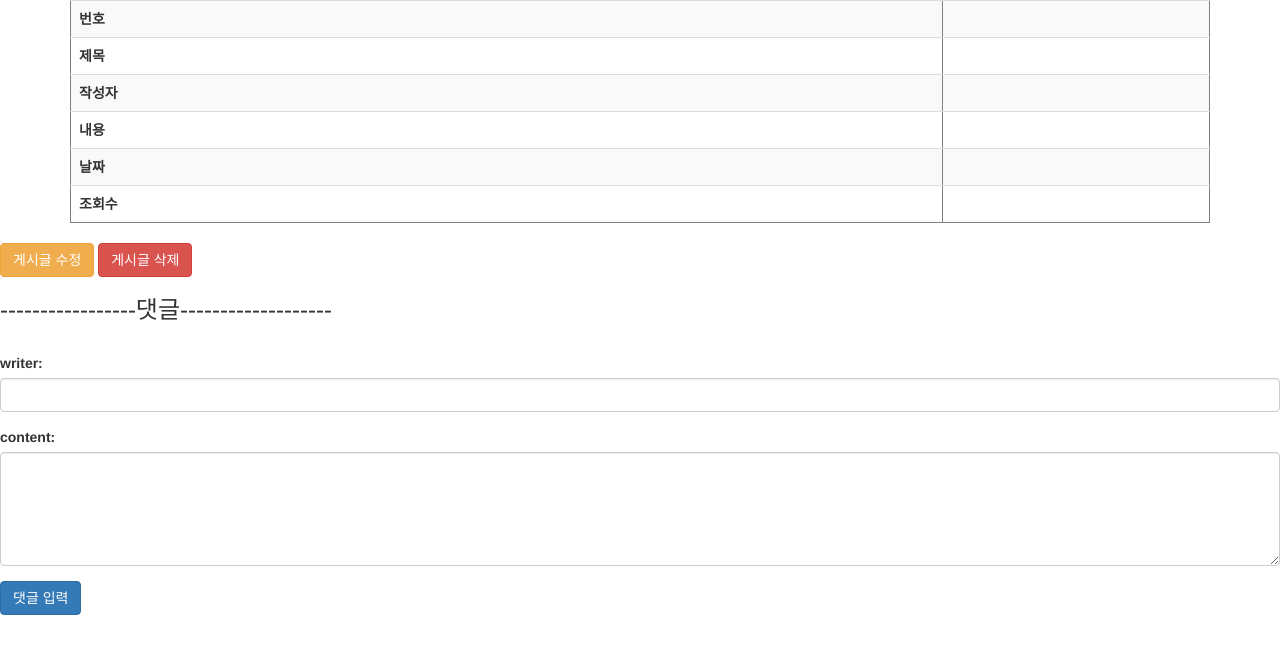
Repository: changyunLee/practice_01
Page: http://localhost/board0513/WEB-INF/views/detail.jsp
The author's editor kept a copy of each file at every save. The page is drawn from the files as they stood at one save, then again after the next save.
The browser window is 1280 px wide. The pictures show the whole page.
The page is served by Tomcat 9. Nobody is signed in. Other server files are loaded and not shown. The template is opened directly, without the code that normally fills it, so the values that code supplies are empty.

Above is the page before, as saved 2021-10-05 03:28:17.

### SpringMVC_WORK/board0513/src/main/webapp/WEB-INF/views/detail.jsp
<%@ page language="java" contentType="text/html; charset=UTF-8"
	pageEncoding="UTF-8"%>
<%@ taglib prefix="c" uri="http://java.sun.com/jsp/jstl/core"%>


<!DOCTYPE html>
<html>
<head>
<!-- Latest compiled and minified CSS -->
<link rel="stylesheet"
	href="https://maxcdn.bootstrapcdn.com/bootstrap/3.4.1/css/bootstrap.min.css">

<!-- jQuery library -->
<script
	src="https://ajax.googleapis.com/ajax/libs/jquery/3.5.1/jquery.min.js"></script>

<!-- Latest compiled JavaScript -->
<script
	src="https://maxcdn.bootstrapcdn.com/bootstrap/3.4.1/js/bootstrap.min.js"></script>

<meta charset="UTF-8">

<title>Insert title here</title>
<script type="text/javascript"
	src="https://code.jquery.com/jquery-3.6.0.min.js"></script>
<script type="text/javascript">
	function reply() {
		$.ajax({
			url : "/reply.do",
			type : "POST",
			data : $("#writerply").serialize(),
			dataType : "JSON",
			success : function(result) {
				console.log(result);
				alert("작성 완료?");
				location.href = "/home.do";
			}
		})
	}
</script>
</head>
<body>
<div class="container">

	<table border="1" width="70%" class="table table-striped">

		<tr>
			<th>번호</th>
			<td>${board.bnum}</td>
		</tr>
		<tr>
			<th>제목</th>
			<td>${board.title}</td>
		</tr>
		<tr>
			<th>작성자</th>
			<td>${board.writer}</td>
		</tr>
		<tr>
			<th>내용</th>
			<td>${board.bcontent}</td>
		</tr>
		<tr>
			<th>날짜</th>
			<td>${board.bdate}</td>
		</tr>
		<tr>
			<th>조회수</th>
			<td>${board.bcnt}</td>
		</tr>

	</table>
	</div>

	<button type="button" class="btn btn-warning"
		onclick="location.href='update.do?bnum=${board.bnum}'">게시글 수정</button>
	<button type="button"  class="btn btn-danger"
		onclick="location.href='delete.do?bnum=${board.bnum}'">게시글 삭제</button>

	<!-- 댓글  -->

	<table border="1" width="50%">
		<form id="writerply">

			<h3>-----------------댓글-------------------</h3>
			<input type="hidden" name="bnum" value=" ${board.bnum }" /><br />

			<div class="form-group">
				<label for="writer">writer:</label> <input type="text"
					class="form-control" id="writer" name="writer"
					value="${member.userid }">
			</div>
			<div class="form-group">
				<label for="content">content:</label>
				<textarea class="form-control" rows="5" id="content" name="content"></textarea>
			</div>
		</form>
	</table>
	<button type="button" class="btn btn-primary" onclick="reply()">댓글 입력</button>

	<div id="reply">
		<ol class="replyList">
			<c:forEach items="${replyList }" var="reply">
				<li>
					<p>
						작성자 : ${reply.writer } <br /> 작성 날짜 : ${reply.regdate }<br />
					</p>
					<p>-->${reply.content}</p>

				</li>
			</c:forEach>
		</ol>
	</div>


</body>
</html>

After the next save:
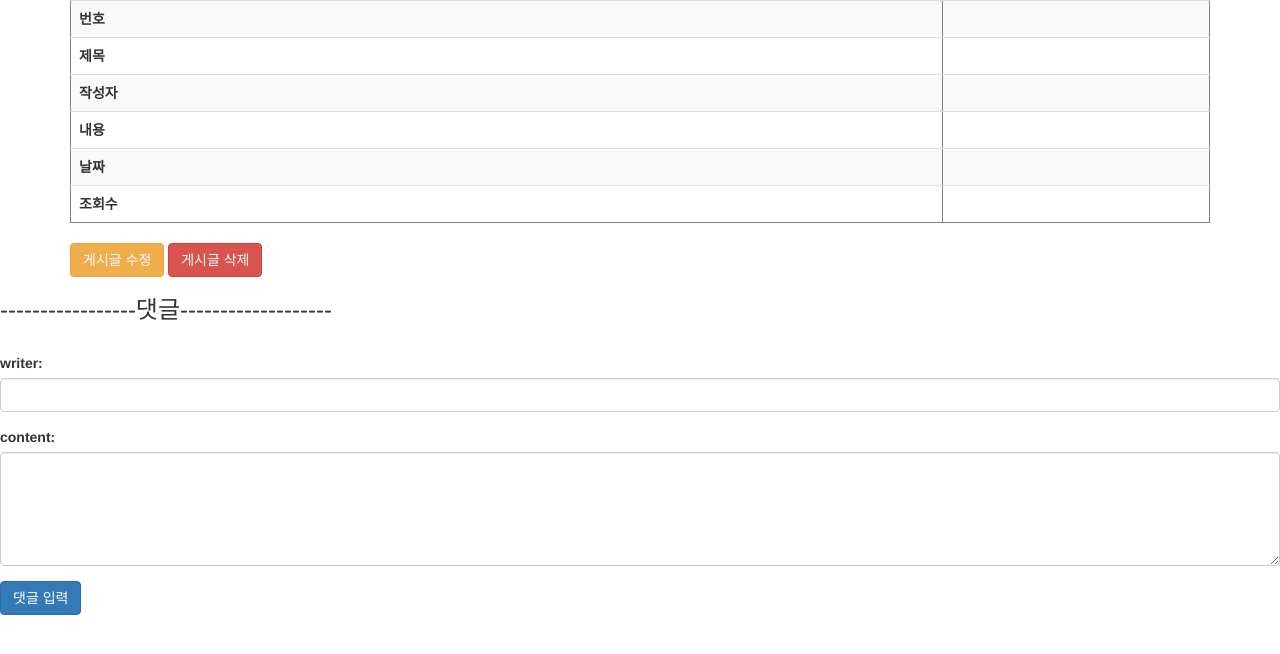
Saved 48 s later.
--- a/SpringMVC_WORK/board0513/src/main/webapp/WEB-INF/views/detail.jsp
+++ b/SpringMVC_WORK/board0513/src/main/webapp/WEB-INF/views/detail.jsp
@@ -70,12 +70,14 @@
 		</tr>
 
 	</table>
-	</div>
 
-	<button type="button" class="btn btn-warning"
+		<button type="button" class="btn btn-warning"
 		onclick="location.href='update.do?bnum=${board.bnum}'">게시글 수정</button>
 	<button type="button"  class="btn btn-danger"
 		onclick="location.href='delete.do?bnum=${board.bnum}'">게시글 삭제</button>
+	</div>
+
+
 
 	<!-- 댓글  -->
 
